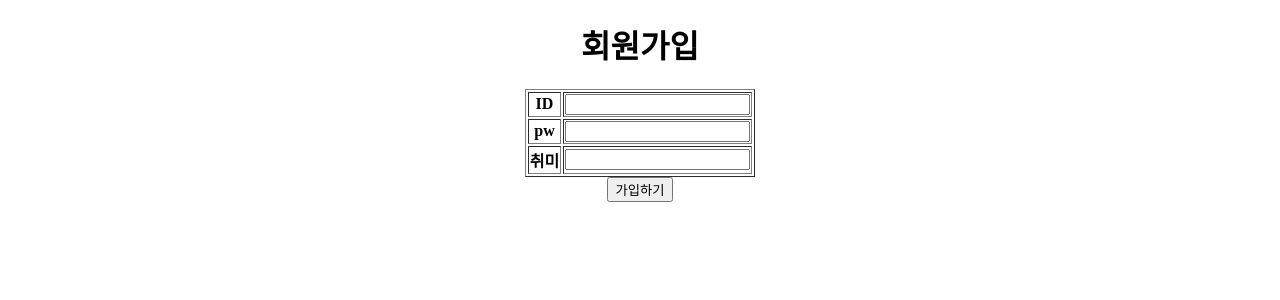
Repository: teeeeeeemo/workspace_spring
Page: http://localhost/BoardWeb/insertUser.jsp
An editor plug-in stored every save of this project. The page is shown before and after the next save, followed by the edit.
The browser window is 1280 px wide. The pictures show the whole page.
The page is served by Tomcat 9. Nobody is signed in. The application's start-up code is not run.

Above is the page before, as saved 2017-01-27 17:09:53.
Console error: SyntaxError: Unexpected token ')'

After the next save:
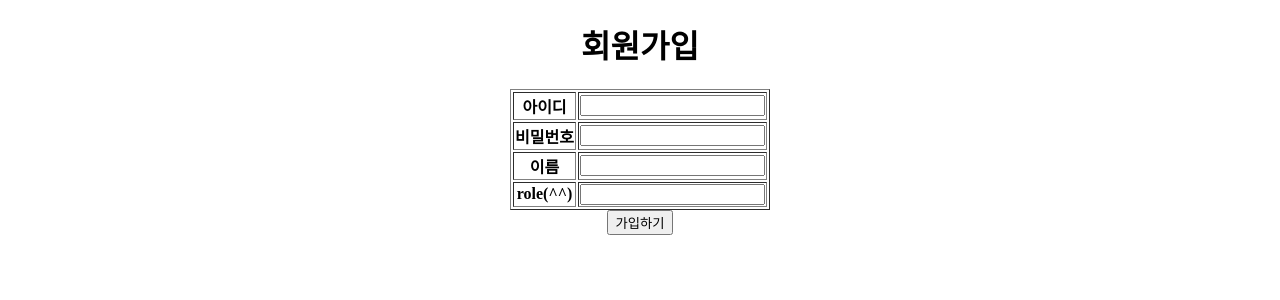
Saved 108 s later.
--- a/BoardWeb/src/main/webapp/insertUser.jsp
+++ b/BoardWeb/src/main/webapp/insertUser.jsp
@@ -14,16 +14,20 @@
 		onsubmit="return input_check_func()">
 		<table border="1">
 			<tr>
-				<th>ID</th>
-				<td><input id="JOIN_id" name="JOIN_id"></td>
+				<th>아이디</th>
+				<td><input id="id" name="id"></td>
 			</tr>
 			<tr>
-				<th>pw</th>
-				<td><input id="JOIN_pw" name="JOIN_pw"></td>
+				<th>비밀번호</th>
+				<td><input id="password" name="password"></td>
 			</tr>
 			<tr>
-				<th>취미</th>
-				<td><input id="JOIN_hobby" name="JOIN_hobby"></td>
+				<th>이름</th>
+				<td><input id="name" name="name"></td>
+			</tr>
+			<tr>
+				<th>role(^^)</th>
+				<td><input id="role" name="role"></td>
 			</tr>
 		</table>
 		<button>가입하기</button>
